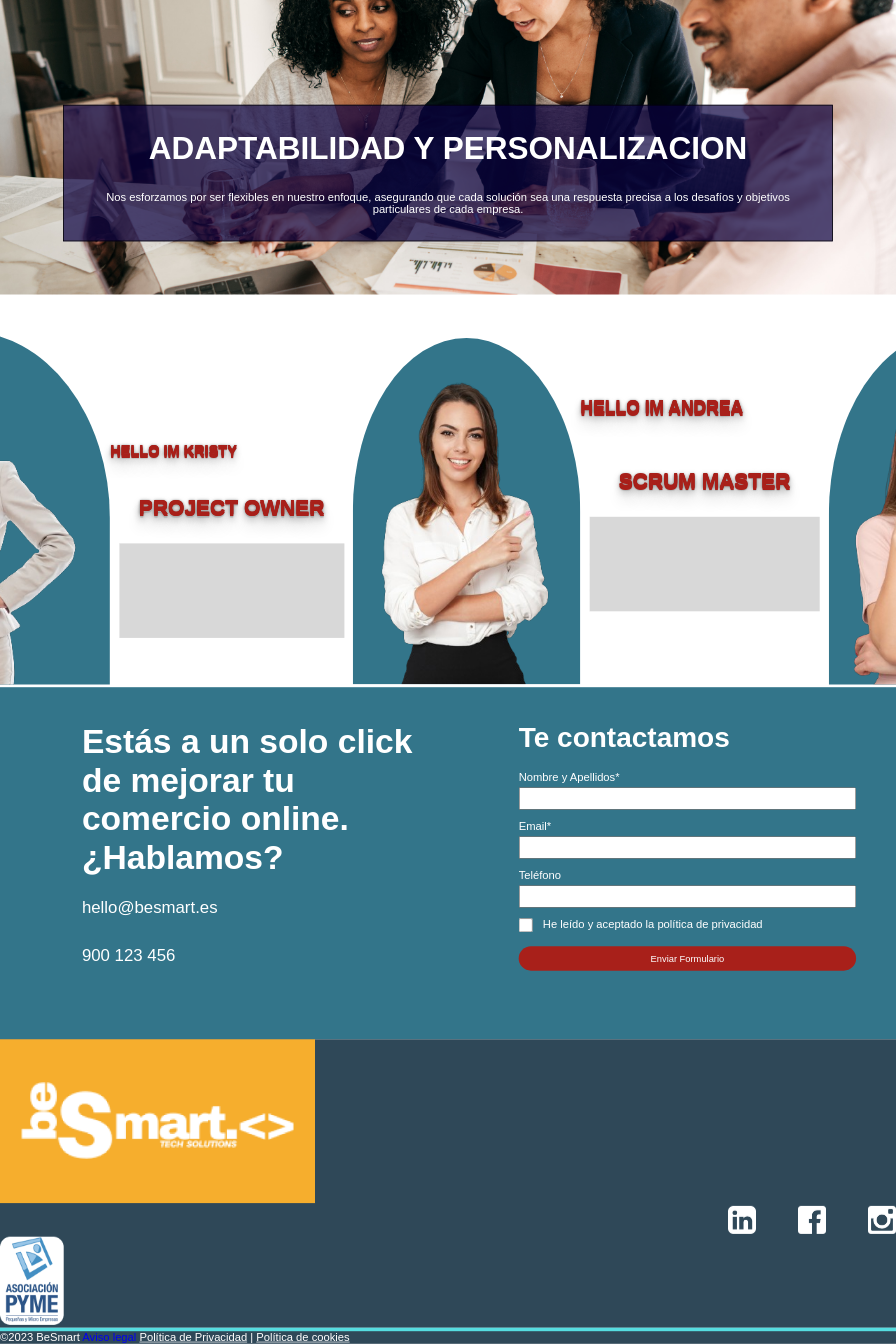
Repository: Andreamartinn17/Proyecto_3_BeSmart
Page: index.html
An editor plug-in stored every save of this project. The page is shown before and after a run of saves, followed by the edit.
The browser window is 1280 px wide. The pictures show the part of the page from y = 844 to 2764 px (the page is 2764 px tall), at 70% of full size.

Above is the page before, as saved 2023-12-18 21:07:05.

After the next 7 saves:
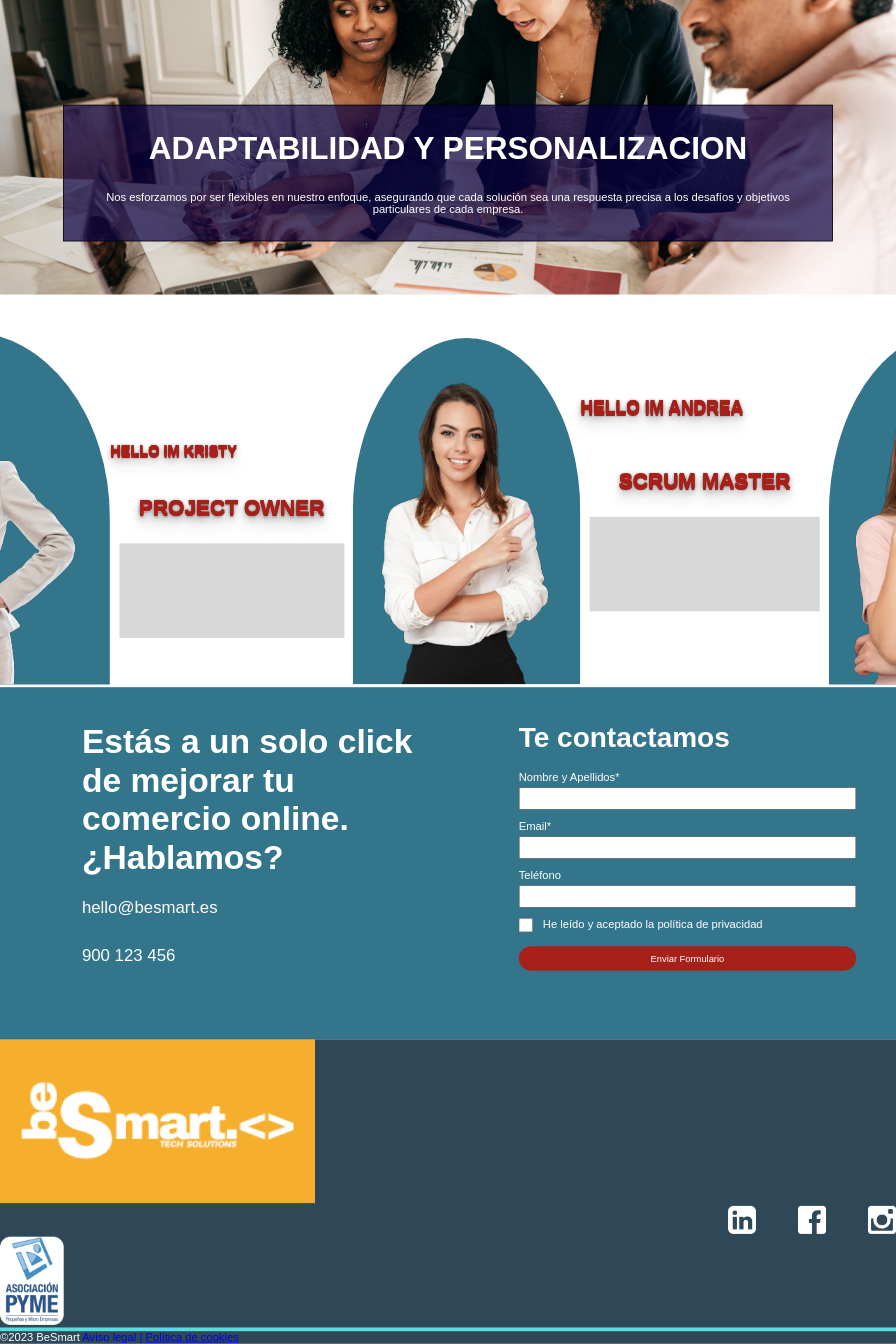
The 7 saves are shown as one change because they came seconds apart.
The last was saved 16 s later.
--- a/index.html
+++ b/index.html
@@ -377,7 +377,7 @@
             <div class="copy-footer">
                 ©2023 BeSmart
                     <a href="#">Aviso legal</a>
-                    <u>Política de Privacidad</u> | <u>Política de cookies</u>
+                    <a href="#" Política de Privacidad </a> | <u>Política de cookies</u>
             </div>
         </section>
     </footer>
